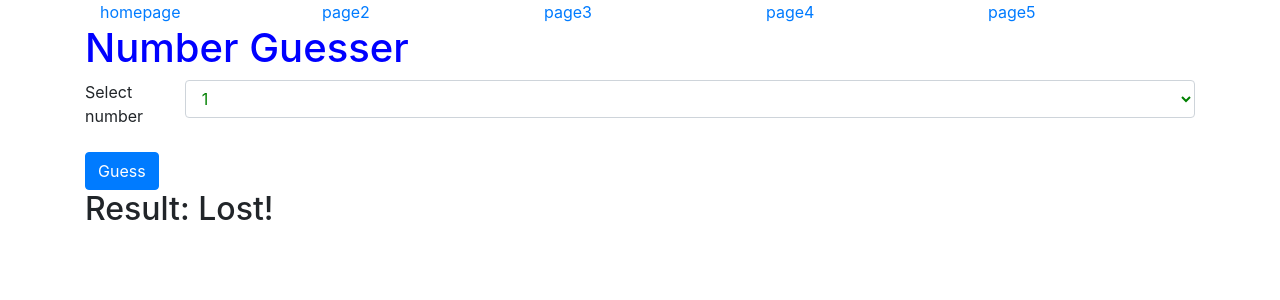
Repository: sanderdebr/cs50
Page: pset8/homepage/index.html
The author's editor kept a record of every edit. The page is drawn from the files as they stood at one moment, then again after the next edit.
The browser window is 1280 px wide. The pictures show the whole page.
After loading, the first visible `#button` was clicked once.

Above is the page before.

### pset8/homepage/index.html
<!DOCTYPE html>

<html lang="en">
    <head>
        <link href="https://stackpath.bootstrapcdn.com/bootstrap/4.5.0/css/bootstrap.min.css" rel="stylesheet">
        <link href="styles.css" rel="stylesheet">
        <title>My Webpage</title>
    </head>
    <body>
        <main class="container">
            <div class="container">
              <div class="row">
                  <div class="col"><a href="index.html">homepage</a></div>
                  <div class="col"><a href="page2.html">page2</a></div>
                  <div class="col"><a href="page3.html">page3</a></div>
                  <div class="col"><a href="page4.html">page4</a></div>
                  <div class="col"><a href="page5.html">page5</a></div>
                </div>
            </div>
            <h1>Number Guesser</h1>
            <form>
              <div class="form-group" id="select">
              </div>
              <button id="button" type="submit" class="btn btn-primary">Guess</button>
            </form>
            <article>
                <h2>Result: <span id="result"></span></h2>
            </article>
        </main>
        <script src="app.js"></script>
    </body>
</html>

### pset8/homepage/styles.css
h1 {
    color: blue;
}

html {
    width: 100%;
}

#mySelect {
    color: green;
}

.form-group {
    display: flex;
}

h1 > h2 {
    font-size: 200%;
}

div.span {
    font-size: 300%;
}

### pset8/homepage/app.js
const numberController = (function() {
    const RandomNumber = function(max) {
        this.max = max;
    }

    RandomNumber.prototype.calcRandom = function() {
        return Math.floor(Math.random() * this.max);
    }

    return {
        getRandomNumber: function(max) {
            return new RandomNumber(max);
        }
    }
})();

const UIController = (function() {
    const DOMstrings = {
        select: 'select',
        mySelect: 'mySelect',
        result: 'result',
        button: 'button'
    }

    const createLabel = function() {
        const label = document.createElement("label");
        label.innerHTML = "Select number";
        return label;
    }

    const createSelectBox = function() {
        const select = document.createElement("select");
        select.classList = 'form-control';
        select.id ="mySelect";
        for (let i = 1; i < 4; i++) {
            const option = document.createElement("option");
            option.text = i;
            select.add(option);
        }
        return select;
    }

    return {
        getSelectedNum: function() {
            const mySelect = document.getElementById(DOMstrings.mySelect);
            const selected = mySelect.value;
            return selected;
        },
        showResult: function(result, selectedNum, randomNum) {
            const resultSpan = document.getElementById(DOMstrings.result);
            resultSpan.innerText = result;
        },
        createUI: function() {
            const selectBox = createSelectBox();
            const label = createLabel();
            const select = document.getElementById(DOMstrings.select);
            select.appendChild(label);
            select.appendChild(selectBox);
        },
        getDOMstrings: function() {
            return DOMstrings;
        }
    }
})();

const controller = (function(UIctrl, numberCtrl) {
    const setupEventListeners = function() {
        const DOM = UIctrl.getDOMstrings();
        console.log(document.querySelector(DOM.button));
        document.querySelector(DOM.button).addEventListener('click', handleSubmit)
    }

    const handleSubmit = function(e) {
        e.preventDefault();
        const getNumber = numberCtrl.getRandomNumber(5);
        const randomNumber = getNumber.calcRandom();

        const selectedNum = UIctrl.getSelectedNum();

        if (selectedNum === randomNumber) {
            UIctrl.showResult('Won!');
        } else {
            UIctrl.showResult('Lost!');
        }
    }

    return {
        init: function() {
            console.log('app has started');
            UIctrl.createUI();
            setupEventListeners();
        }
    }
})(UIController, numberController);

document.addEventListener('DOMContentLoaded', controller.init);

After the next edit:
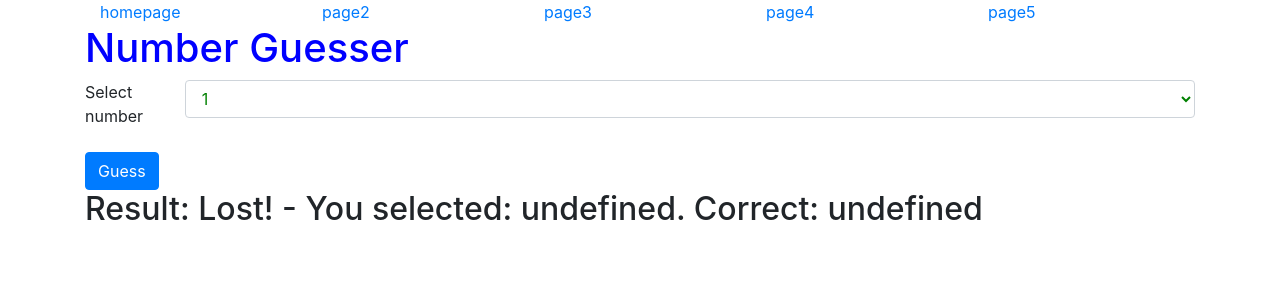
The edit:
--- a/pset8/homepage/app.js
+++ b/pset8/homepage/app.js
@@ -49,6 +49,7 @@
         showResult: function(result, selectedNum, randomNum) {
             const resultSpan = document.getElementById(DOMstrings.result);
             resultSpan.innerText = result;
+            resultSpan.innerHTML = `${result} - You selected: ${selectedNum}. Correct: ${randomNum}`;
         },
         createUI: function() {
             const selectBox = createSelectBox();
